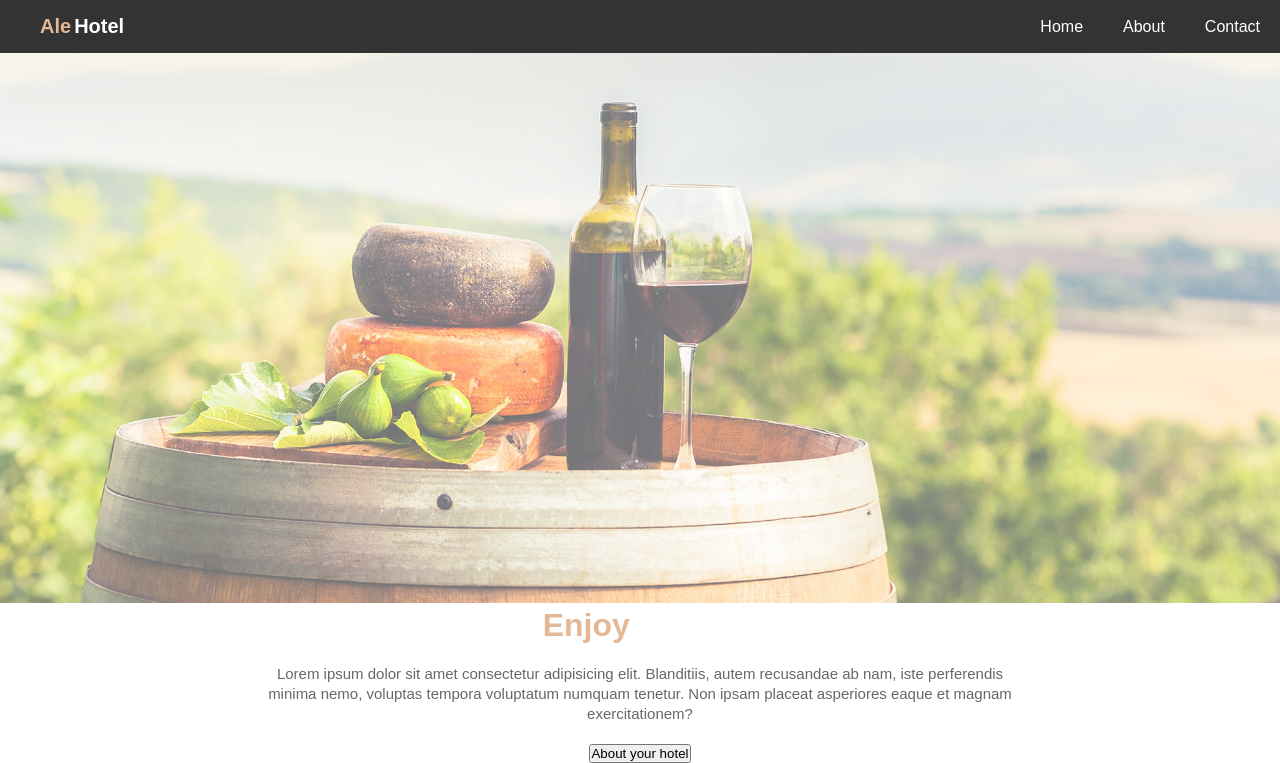
Repository: Ngoc28/HTML-CSS
Page: aleHoltel/index.html
These files come from the project's save history. The page is drawn as it stood at one moment and after the next save; the edit follows.
The browser window is 1280 px wide. The pictures show the whole page.

Above is the page before, as saved 2023-08-05 23:36:39.

### aleHoltel/index.html
<!DOCTYPE html>
<html lang="en">
<head>
    <meta charset="UTF-8">
    <meta name="viewport" content="width=device-width, initial-scale=1.0">
    <title>Ale Hotel</title>
    <link rel="stylesheet" href="./style.css">
</head>
<body>
    <header>
        <div class="header-logo">
            <h1 class="heading">Ale<span>Hotel</span></h1>
        </div>
        <nav class="header-nav">
            <ul class="nav-link">
                <li class="nav-item"><a href="">Home</a></li>
                <li class="nav-item"><a href="">About</a></li>
                <li class="nav-item"><a href="">Contact</a></li>
            </ul>
        </nav>
    </header>
    <main>
        <div class="container">
            <div class="about">
                <div class="about-img">
                    <img src="./img/banner1.jpg" alt="About us" height="550px" width="100%">
                </div>
                <div class="about-introduce">
                    <h1 class="about-heading">Enjoy<span>Your Stay</span></h1>
                    <p class="about-text">
                        Lorem ipsum dolor sit amet consectetur adipisicing elit. Blanditiis, autem recusandae ab nam, iste perferendis minima nemo, voluptas tempora voluptatum numquam tenetur. Non ipsam placeat asperiores eaque et magnam exercitationem?
                    </p>
                    <button class="about-btn">About your hotel</button>
                </div>
            </div>
        </div>
    </main>
</body>
</html>

### aleHoltel/style.css
*{
    margin: 0;
    padding: 0;
    box-sizing: border-box;
}

body {
    font-family:Arial, Helvetica, sans-serif;
}

header {
    display: flex;
    justify-content: space-between;
    align-items: center;
    background-color: #333333;
}

.header-logo {

}

.header-logo > .heading {
    padding: 15px 40px;
    font-size: 20px;
    color: #e5b895;
}

.heading span {
    color: #fff;
    padding-left: 3px;
}

.header-nav {
    display: block;
}

.nav-link {
    display: flex;
}

.nav-item {
    display: block;
}

.nav-item a {
    padding: 15px 20px;
    color: #fff;
    text-decoration: none;
    display: block;
}

.nav-item a:hover {
    background: #bd0a0a;
}

/* Container */
.container {

}

.about {

}

.about-img {
    position: relative;
}

.about-img img {
    object-fit: cover;
    opacity: .6;
    background: rgba(0, 0, 0, .8);
}


.about-introduce {
    margin: 0 auto;
    width: 60%;
    text-align: center;
}

.about-heading {
    color: #e5b895;
}

.about-heading span {
    color: #fff;
    font-size: 25px;
    font-weight: 500;
}

.about-text {
    padding: 20px 0;
    font-size: 15px;
    color: #686767;
    line-height: 20px;
}

.about-btn {
    background: #;
}

After the next save:
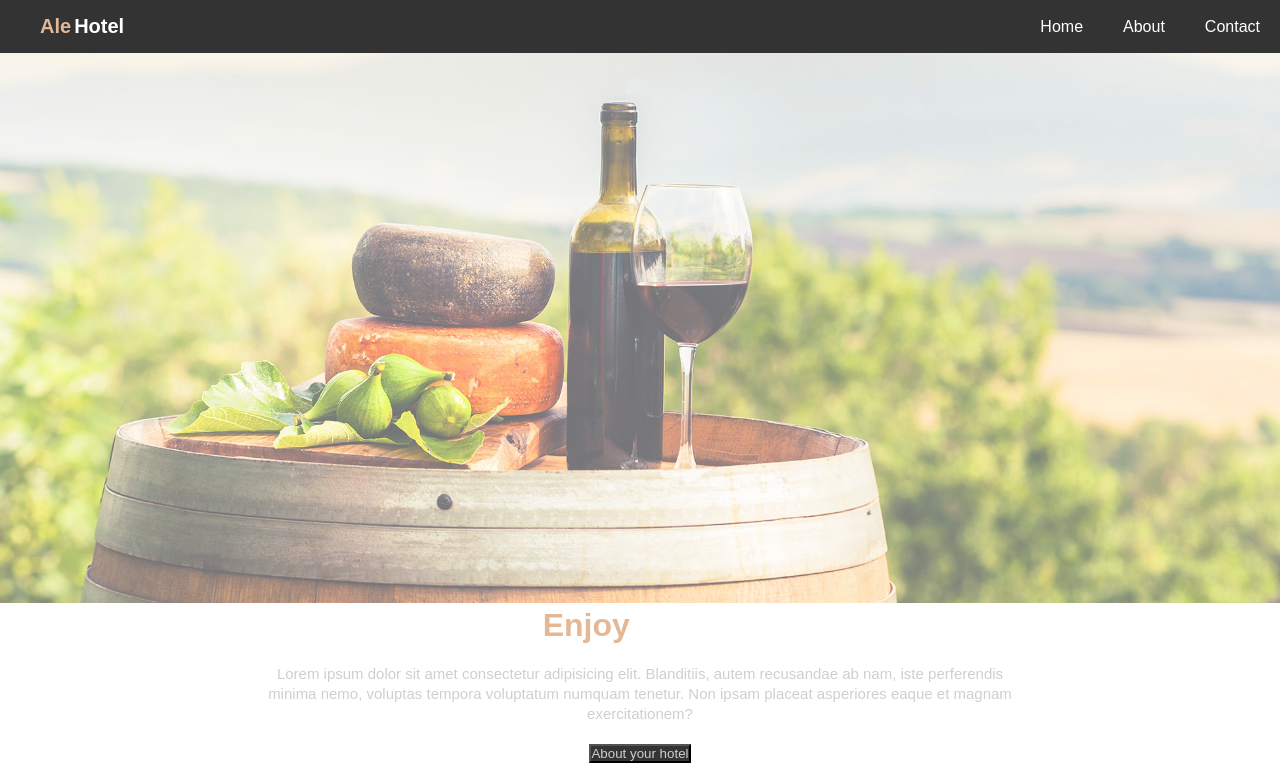
Saved 29 s later.
--- a/aleHoltel/style.css
+++ b/aleHoltel/style.css
@@ -92,10 +92,11 @@ header {
 .about-text {
     padding: 20px 0;
     font-size: 15px;
-    color: #686767;
+    color: #d1cece;
     line-height: 20px;
 }
 
 .about-btn {
-    background: #;
+    background: #343436;
+    color: #d1cece;
 }
